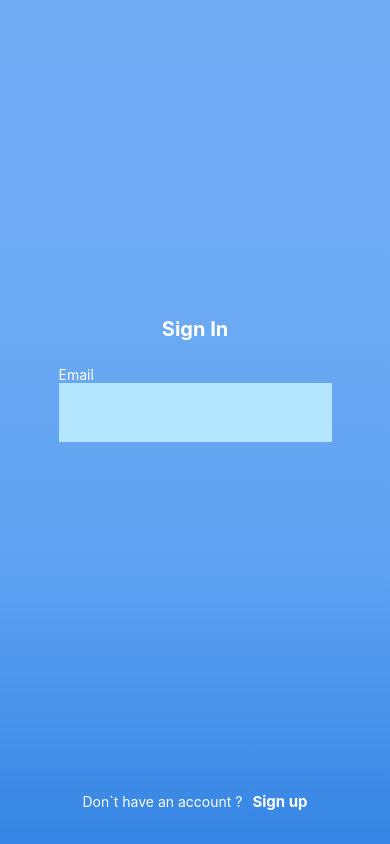
Repository: kamarajcalm/loginpage
Screen: /
An editor plug-in stored every save of this project. The screen is shown before and after the next save, followed by the edit.
The app was drawn by React Native's web renderer in a window 390 px wide. The project was rebuilt for these pictures with package versions that can differ from the ones it lists, and the page was loaded fresh each time.

Above is the screen before, as saved 2021-12-25 23:58:56.

After the next save:
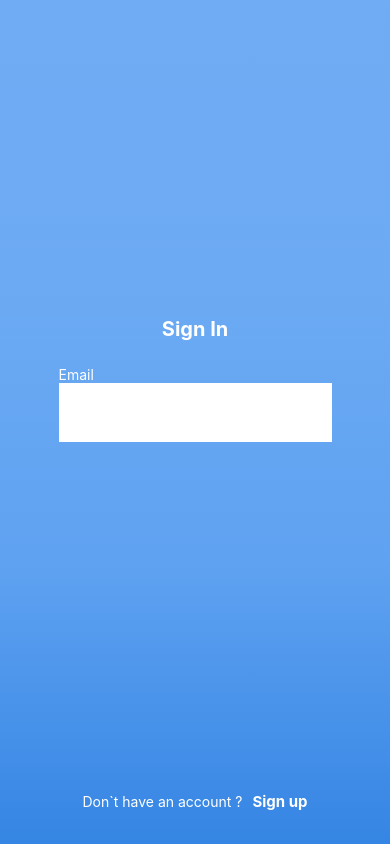
Saved 14 s later.
--- a/App.js
+++ b/App.js
@@ -63,7 +63,7 @@ const styles = StyleSheet.create({
     height: height * 0.07,
     width: width * 0.7,
     flexDirection: "row",
-    backgroundColor: "#B4E6FF"
+    backgroundColor: "#fff"
   },
   text: {
     color: "#fff"
